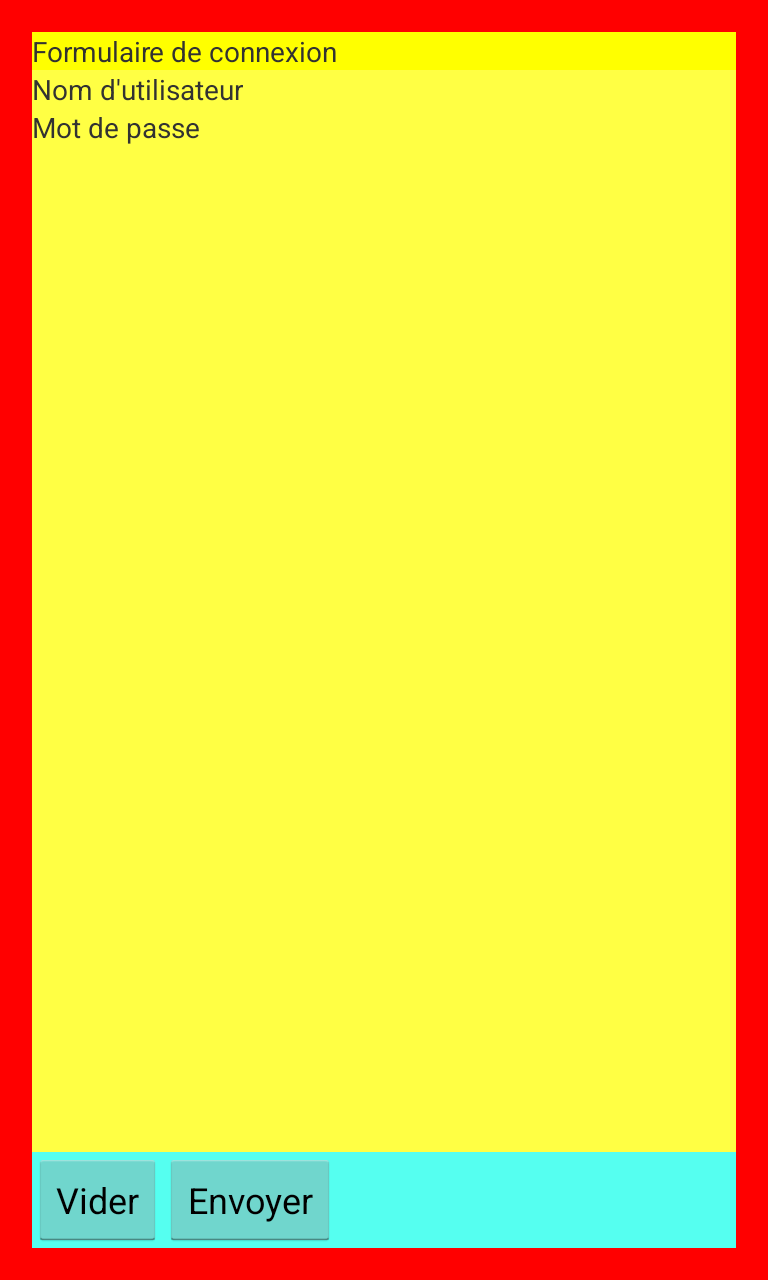
Repository: ablanchard/formation-android
Layout: ParlezVousAndroid/res/layout/fragment_main.xml
These files come from the project's save history. The layout is drawn as it stood at one moment and after the next save; the edit follows.
It is drawn on a 768 x 1280 px phone screen (xhdpi) without system bars, with theme AppTheme; the app's code is not run.

Above is the layout before, as saved 2014-04-29 09:01:02.

After the next save:
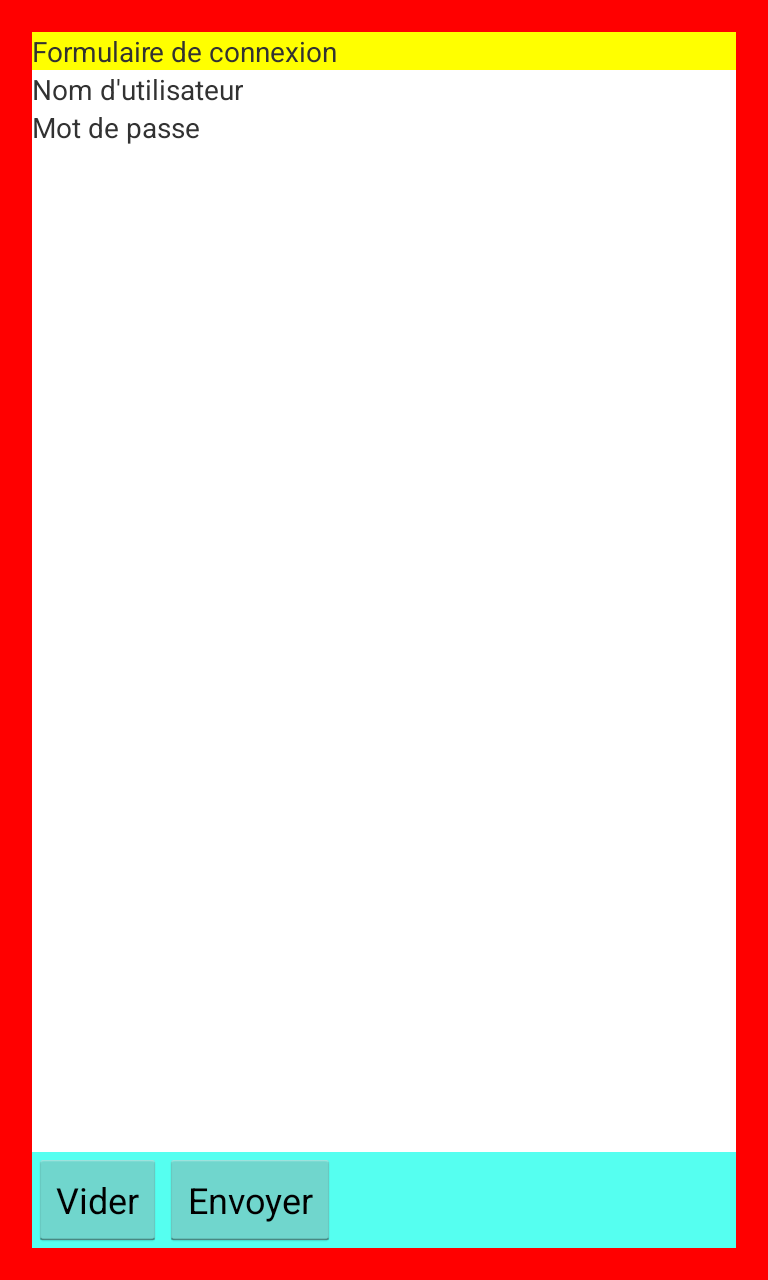
Saved 10 s later.
--- a/ParlezVousAndroid/res/layout/fragment_main.xml
+++ b/ParlezVousAndroid/res/layout/fragment_main.xml
@@ -30,7 +30,7 @@
         android:layout_height="wrap_content"
         android:layout_above="@+id/footer"
         android:layout_below="@+id/header"
-        android:background="#FFFFFF44" >
+        android:background="#FFFFFFFF" >
 
         <LinearLayout
             android:layout_width="fill_parent"
